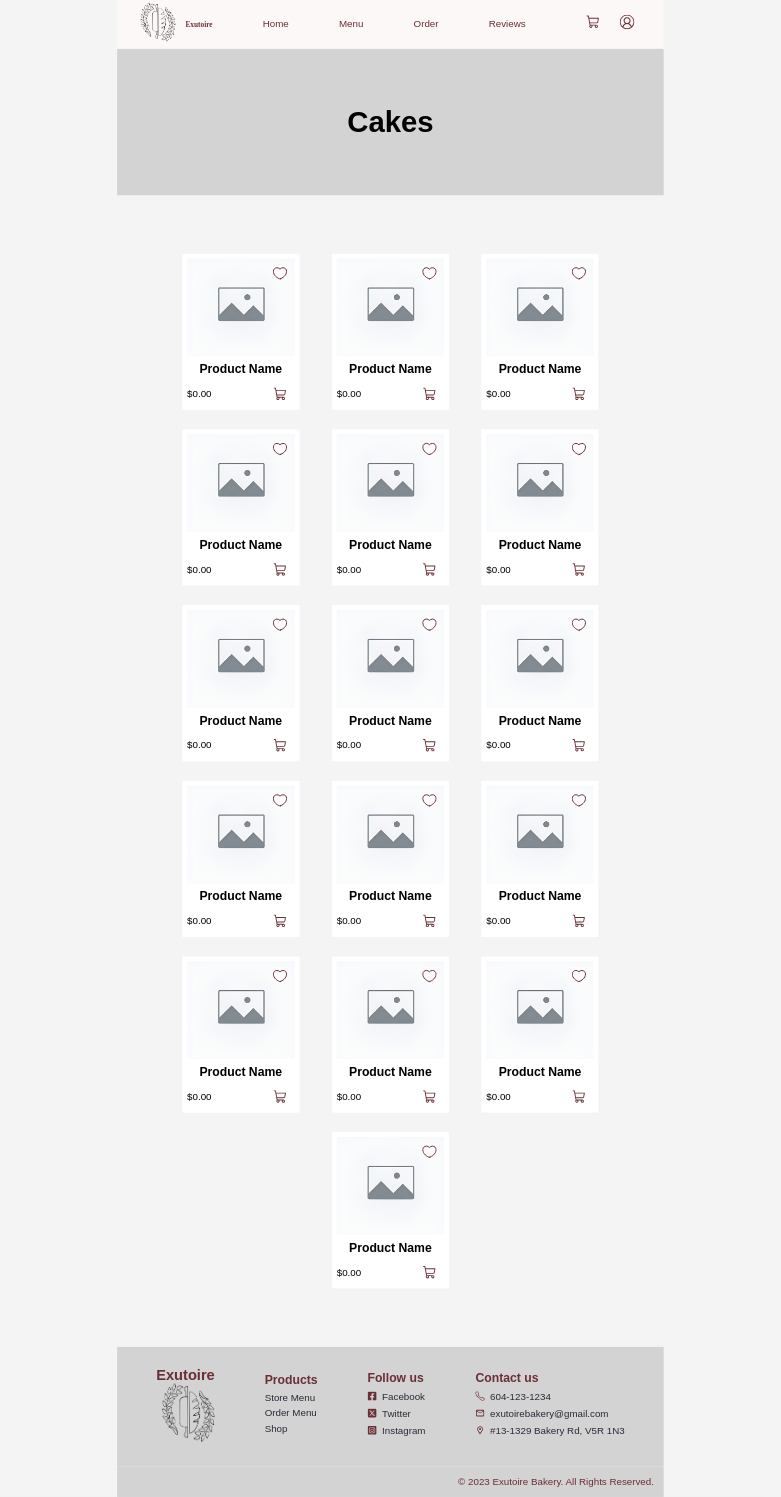
Repository: MelissaJacobi/COMP3170-final-proj
Page: /menu/cakes
The author's editor kept a copy of each file at every save. The page is drawn from the files as they stood at one save, then again after the next save.
The browser window is 1280 px wide. The pictures show the whole page, at 61% of full size.
The project was rebuilt for these pictures with package versions that can differ from the ones it lists, and the page was loaded fresh each time. Also part of the build but not shown: vite.config.js, src/pages/ShoppingCart.module.css, src/components/ShoppingCartCard.module.css, src/components/ShoppingCartCard.jsx, src/components/OrderTotal.jsx, src/pages/ShoppingCart.jsx, src/pages/Profile.module.css, src/pages/Profile.jsx and 35 more.

Above is the page before, as saved 2024-11-11 11:33:50.

After the next save:
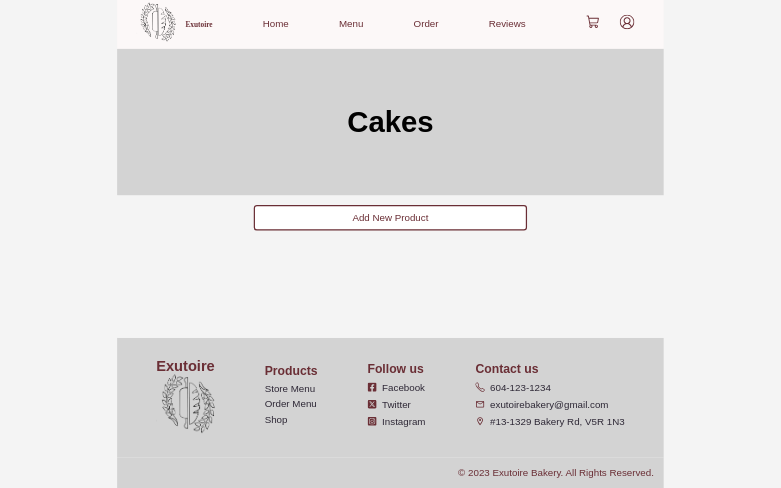
Saved 43 s later.
--- a/src/pages/Cakes.jsx
+++ b/src/pages/Cakes.jsx
@@ -1,31 +1,104 @@
+import { useState, useEffect } from "react";
 import Product from "../components/Product";
-import styles from "./Bread.module.css"
+import styles from "./Bread.module.css";
 
 export default function Cakes() {
-    return (
-      <div className={styles.container}>
-        <div className={styles.banner}>
-            <h1>Cakes</h1>
-        </div>
-        <div className={styles.products}>
-            <Product />
-            <Product />
-            <Product />
-            <Product />
-            <Product />
-            <Product />
-            <Product />
-            <Product />
-            <Product />
-            <Product />
-            <Product />
-            <Product />
-            <Product />
-            <Product />
-            <Product />
-            <Product />
-        </div>
+  const [products, setProducts] = useState([]);
+  const [productName, setProductName] = useState("");
+  const [productPrice, setProductPrice] = useState("");
+  const [productDescription, setProductDescription] = useState("");
+  const [productImageUrl, setProductImageUrl] = useState("");
+  const [showForm, setShowForm] = useState(false);
 
+  // Load drinks products from localStorage on component mount
+  useEffect(() => {
+    const storedProducts = localStorage.getItem("cakesProducts");
+    if (storedProducts) {
+      setProducts(JSON.parse(storedProducts));
+    }
+  }, []);
+
+  const handleAddProduct = (e) => {
+    e.preventDefault();
+    if (productName.trim() && productPrice.trim() && productDescription.trim() && productImageUrl.trim()) {
+      const newProduct = {
+        name: productName,
+        price: productPrice,
+        description: productDescription,
+        imageUrl: productImageUrl
+      };
+
+      const updatedProducts = [...products, newProduct];
+      setProducts(updatedProducts);
+
+      // Save to localStorage with the unique "drinksProducts" key
+      localStorage.setItem("cakesProducts", JSON.stringify(updatedProducts));
+
+      setProductName("");
+      setProductPrice("");
+      setProductDescription("");
+      setProductImageUrl("");
+    }
+  };
+
+  const toggleFormVisibility = () => {
+    setShowForm((prevShowForm) => !prevShowForm);
+  };
+
+  return (
+    <div className={styles.container}>
+      <div className={styles.banner}>
+        <h1>Cakes</h1>
       </div>
-    );
-  }
+
+      <button onClick={toggleFormVisibility} className={styles.toggleFormButton}>
+        {showForm ? "Hide Form" : "Add New Product"}
+      </button>
+
+      {showForm && (
+        <form onSubmit={handleAddProduct} className={styles.addProductForm}>
+          <input
+            type="text"
+            value={productName}
+            onChange={(e) => setProductName(e.target.value)}
+            placeholder="Enter product name"
+            className={styles.productInput}
+          />
+          <input
+            type="text"
+            value={productPrice}
+            onChange={(e) => setProductPrice(e.target.value)}
+            placeholder="Enter product price"
+            className={styles.productInput}
+          />
+          <input
+            type="text"
+            value={productImageUrl}
+            onChange={(e) => setProductImageUrl(e.target.value)}
+            placeholder="Enter image URL"
+            className={styles.productInput}
+          />
+          <textarea
+            value={productDescription}
+            onChange={(e) => setProductDescription(e.target.value)}
+            placeholder="Enter product description"
+            className={styles.productInput}
+          />
+          <button type="submit" className={styles.addButton}>Add Product</button>
+        </form>
+      )}
+
+      <div className={styles.products}>
+        {products.map((product, index) => (
+          <Product
+            key={index}
+            name={product.name}
+            price={product.price}
+            description={product.description}
+            imageUrl={product.imageUrl}
+          />
+        ))}
+      </div>
+    </div>
+  );
+}
